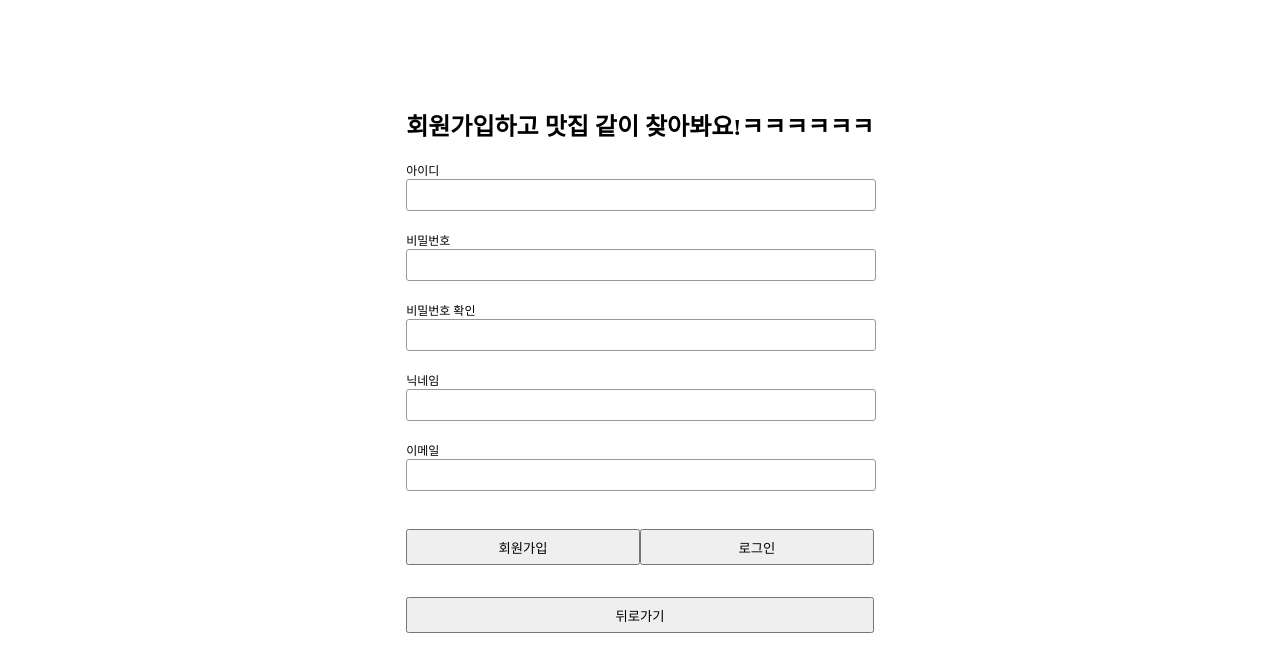
Repository: zzangyu/koreanFoodsProject
Page: http://localhost/koreanFoodsProject/koreanFoods/signUp.jsp
The author's editor kept a copy of each file at every save. The page is drawn from the files as they stood at one save, then again after the next save.
The browser window is 1280 px wide. The pictures show the whole page.
The page is served by Tomcat 9. Other server files are loaded and not shown.

Above is the page before, as saved 2022-12-29 07:46:32.

### koreanFoodsProject/src/main/webapp/koreanFoods/signUp.jsp
<%@ page language="java" contentType="text/html; charset=UTF-8"
    pageEncoding="UTF-8"%>
<!DOCTYPE html>
<html>
<head>
<meta charset="UTF-8">
<link type="text/css" rel="stylesheet" href="css/kFoods.css">
<title>Sign Up</title>
</head>
<body>
	<form action="" id="signUp">
		<div id="signUp_Wrap">
			<h2>회원가입하고 맛집 같이 찾아봐요!ㅋㅋㅋㅋㅋㅋ</h2>
			<div>
				<label class="signUp_textSize">아이디</label>
				<div>
					<input type="text" name="kf_id" class="signUp_input">
					<div class="signUp_check_textSize" id="signUp_idCheck"></div>
				</div>
			</div>
			<div>
				<label class="signUp_textSize">비밀번호</label>
				<div>
					<input type="password" name="kf_password" class="signUp_input">
					<div class="signUp_check_textSize" id="signUp_idCheck"></div>
				</div>
			</div>
			<div>
				<label class="signUp_textSize">비밀번호 확인</label>
				<div>
					<input type="password" name="kf_passwordCheck" class="signUp_input">
					<div class="signUp_check_textSize" id="signUp_idCheck"></div>
				</div>
			</div>
			<div>
				<label class="signUp_textSize">닉네임</label>
				<div>
					<input type="text" name="kf_nickname" class="signUp_input">
					<div class="signUp_check_textSize" id="signUp_nickCheck"></div>
				</div>
			</div>
			<div>
				<label class="signUp_textSize">이메일</label>
				<div>
					<input type="text" name="kf_email" class="signUp_input">
					<div class="signUp_check_textSize" id="signUp_emailCheck"></div>
				</div>
			</div>
			<button class="signUp_button1">회원가입</button><button class="signUp_button1">로그인</button>
			<button onclick="history.go(-1); return false;" class="signUp_button2">뒤로가기</button>
		</div>
	</form>
</body>
</html>

### koreanFoodsProject/src/main/webapp/koreanFoods/css/kFoods.css
@charset "UTF-8";
html, body {
	margin: 0;
	padding: 0;
	width: 100%;
	height: 100%;
}
a {
	text-decoration: none;
}
#loginButton {
	background-color: yellow;
}
#loginButton a {
	color: red;
}
#signUp {
	width: 100%;
	height: 100%;
	display: flex;
	justify-content: center;
	align-items: center;
}
.signUp_textSize {
	font-size: 12px;
}
.signUp_check_textSize {
	font-size: 10px;
	color: #999;
}
#signUp_Wrap h2 {
	text-align: center;
}
#signUp_Wrap > div {
	width: 100%;
	height: 70px;
}
.signUp_input {
	margin: 0;
    padding: 0 1%;
    width: 98%;
    height: 30px;
    border: 1px solid #999;
    border-radius: 3px;
}
.signUp_button1 {
	width: 50%;
	height: 36px;
	margin-top: 18px;
}
.signUp_button2 {
	width: 100%;
	height: 36px;
	margin-top: 32px;
}

After the next save:
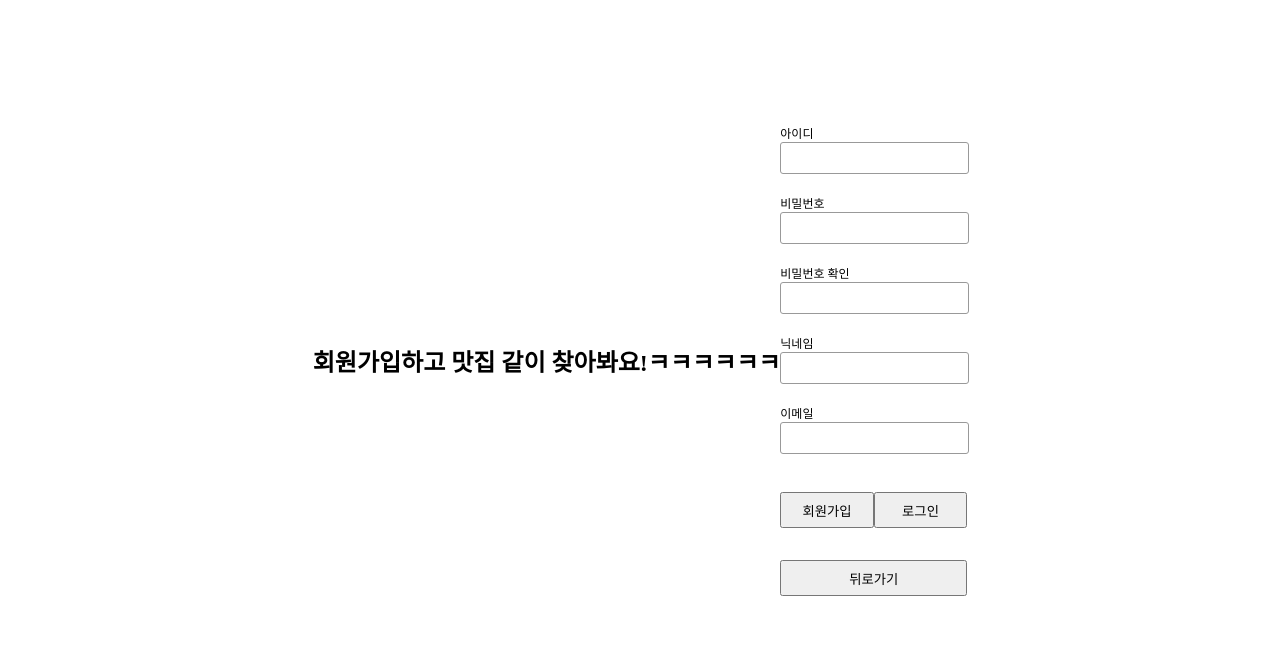
Saved 82 s later.
--- a/koreanFoodsProject/src/main/webapp/koreanFoods/signUp.jsp
+++ b/koreanFoodsProject/src/main/webapp/koreanFoods/signUp.jsp
@@ -9,8 +9,8 @@
 </head>
 <body>
 	<form action="" id="signUp">
+		<h2>회원가입하고 맛집 같이 찾아봐요!ㅋㅋㅋㅋㅋㅋ</h2>
 		<div id="signUp_Wrap">
-			<h2>회원가입하고 맛집 같이 찾아봐요!ㅋㅋㅋㅋㅋㅋ</h2>
 			<div>
 				<label class="signUp_textSize">아이디</label>
 				<div>
